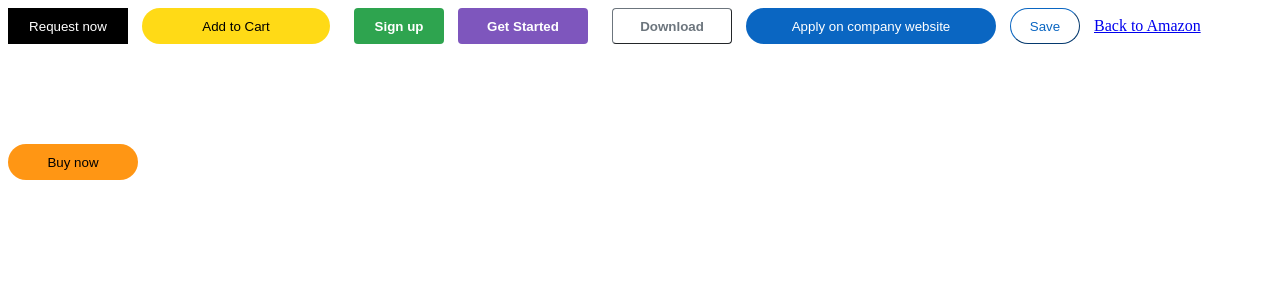
Repository: Kurumilli/Youtube
Page: Exercise3.html
These files come from the project's save history. The page is drawn as it stood at one moment and after the next save; the edit follows.
The browser window is 1280 px wide. The pictures show the whole page.
The first visible `.buynow` is being pressed.

Above is the page before, as saved 2025-01-25 12:51:28.

### Exercise3.html
<html>
    <body>
        <style>
            .uber{
                background-color: black;
                color: white;
                height:36px;
                border: none;
                width: 120px;
                margin-bottom: 100px;
                cursor: pointer;
                margin-right: 10px;
                transition: opacity 0.15s;
            }
            .uber:hover{
                opacity: 0.7;
            }

            .amazon{
                background-color:rgb(255,218,22) ;
                height: 36px;
                width: 188px;
                border: none;
                border-radius: 18px;
                margin-right: 10px;
                cursor: pointer;
                transition: background-color 0.15s;
            }

                .amazon:hover{
                    background-color:rgb(255,210,15) ; ;
                }

                .github{
                    background-color:rgb(46,164,79) ;
                    color: white;
                    height: 36px;
                    width: 90px;
                    border-radius: 4px;
                    margin-left: 10px;
                    cursor: pointer;
                    border:none;
                    font-weight: bold;
                    transition: box-shadow 0.15s;
                }

                .github:hover{
                    box-shadow: 8px 8px 10px rgba(0,0,0,0.15);
                }

                .bootstrap{
                    background-color:  rgb(126, 86, 189);
                    color: white;
                    font-weight: bold;
                    height: 36px;
                    width: 130px;
                    border: none;
                    border-radius: 4px;
                    cursor: pointer;
                    margin-left: 10px;
                    margin-right: 10px;
                    transition: background-color 0.15s;
                }

                .bootstrap:hover{
                    background-color: rgb(121, 82, 179);
                }

                .bootstrap2d{
                    font-weight: bold;
                    height: 36px;
                    width: 120px;
                    color: rgb(108,117,125);
                    background-color: white;
                    border-width: 1px;
                    border-color: rgb(108,117,125);
                    border-radius: 4px;
                    margin-left: 10px;
                    margin-right: 10px;
                    cursor: pointer;
                    transition: background-color, color 0.15s;
                }

                .bootstrap2d:hover{
                    background-color: rgb(108,117,125);
                    color: white;
                }

                .linkedin{
                background-color: rgb(10,102,194);
                color: white;
                height: 36px;
                width: 250px;
                border: none;
                cursor: pointer;
                border-radius: 18px;
                margin-right: 10px;
                transition: background-color 0.15s;
            }

            .linkedin:hover{
                background-color: rgb(5,90,160);
            }

            .linkedin2q{
                background-color: white;
                color:rgb(10,102,194);
                height: 36px;
                width: 70px;
                cursor: pointer;
                border-radius: 18px;
                border-color:rgb(10,102,194) ;
                border-width: 1px;
                margin-right: 10px;
                transition:background-color, border-width, border-color 0.15s
            }

            .linkedin2q:hover{
                 background-color: lightcyan;
                 font-weight: bold;
                 border-width: 2px;
                 border-color: rgb(10,102,194);
            }
             .a:hover{
                color: orange;
             }

             .buynow{
                background-color: rgb(255,164,28);
                height: 36px;
                width: 130px;
                border-radius: 18px;
                cursor: pointer;
                border: none;
             }

             .buynow:hover{
                background-color: rgb(255,150,20);
             }
         </style>
         <button class="uber">
            Request now
        </button>

        <button class="amazon">
            Add to Cart
        </button>

        <button class="github">
             Sign up
        </button>

        <button class="bootstrap">
            Get Started
        </button>

        <button class="bootstrap2d">
            Download
        </button>

        <button class="linkedin">
            Apply on company website
        </button>

        <button class="linkedin2q">
            Save
        </button>

        <a class="a" href="https://www.amazon.in/?&tag=googhydrabk1-21&ref=pd_sl_5szpgfto9i_e&adgrpid=155259813593&hvpone=&hvptwo=&hvadid=674893540034&hvpos=&hvnetw=g&hvrand=12349396605786975803&hvqmt=e&hvdev=c&hvdvcmdl=&hvlocint=&hvlocphy=9147615&hvtargid=kwd-64107830&hydadcr=14452_2316413&gad_source=1">
            Back to Amazon
        </a>

        <button class="buynow">
            Buy now
        </button>
     </body>
</html>

After the next save:
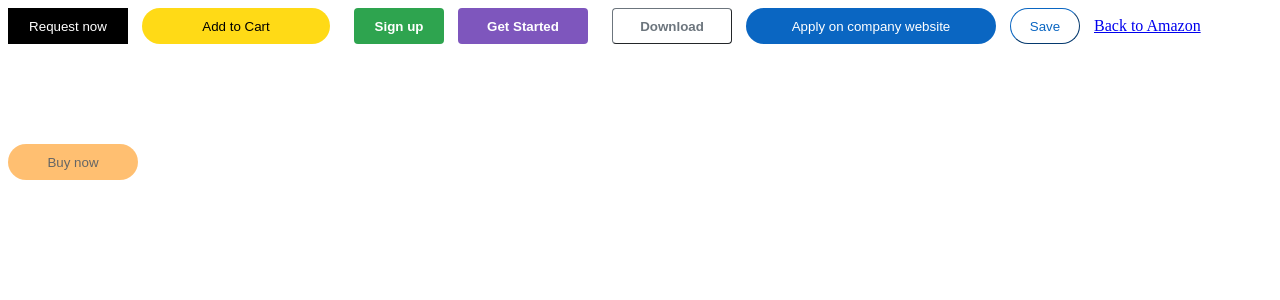
Saved 26 s later.
--- a/Exercise3.html
+++ b/Exercise3.html
@@ -137,6 +137,9 @@
              .buynow:hover{
                 background-color: rgb(255,150,20);
              }
+             .buynow:active{
+                opacity: 0.6;
+             }
          </style>
          <button class="uber">
             Request now
